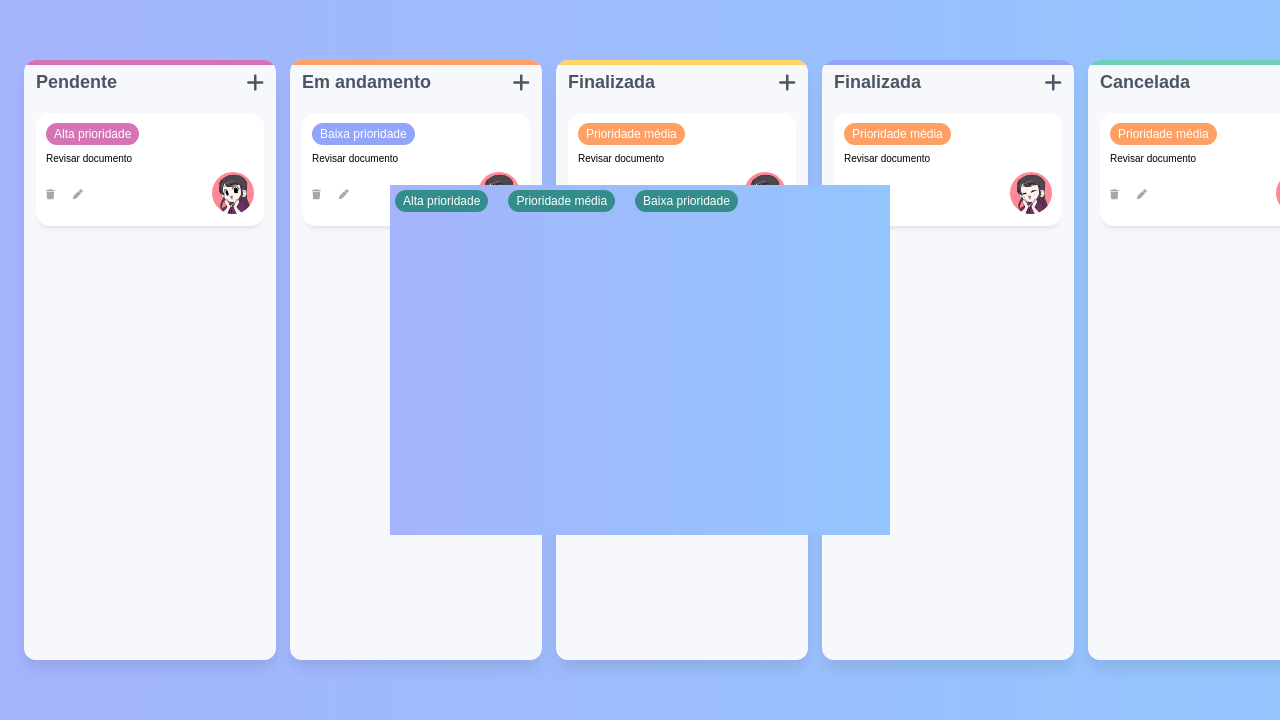
Repository: Marinalr-25/ProjetoToDoList
Page: index.html
These files come from the project's save history. The page is drawn as it stood at one moment and after the next save; the edit follows.
The browser window is 1280 px wide. The pictures show the whole page.
Some web fonts or font styles are not loaded; a fallback is used. Some web libraries are served in a nearby version.

Above is the page before, as saved 2024-10-31 17:06:44.

### index.html
<!DOCTYPE html>
<html lang="pt-BR">
  <head>
    <meta charset="UTF-8" />
    <meta name="viewport" content="width=device-width, initial-scale=1.0" />
    <link rel="preconnect" href="https://fonts.googleapis.com" />
    <link rel="preconnect" href="https://fonts.gstatic.com" crossorigin />
    <link
      href="https://fonts.googleapis.com/css2?family=Playpen+Sans:wght@100..800&family=Roboto:ital,wght@0,100;0,300;0,400;0,500;0,700;0,900;1,100;1,300;1,400;1,500;1,700;1,900&display=swap"
      rel="stylesheet"
    />
    <link
      rel="stylesheet"
      href="https://cdnjs.cloudflare.com/ajax/libs/font-awesome/6.6.0/css/all.min.css"
      integrity="sha512-Kc323vGBEqzTmouAECnVceyQqyqdsSiqLQISBL29aUW4U/M7pSPA/gEUZQqv1cwx4OnYxTxve5UMg5GT6L4JJg=="
      crossorigin="anonymous"
      referrerpolicy="no-referrer"
    />
    <link rel="stylesheet" href="css/style.css" />
    <title>Suas tarefas</title>
  </head>
  <body>
    <main class="kanban">
      <!-- coluna 1 -->
      <div class="kanban-column" data-id="1">
        <div class="kanban-title">
          <h2>Pendente</h2>
          <button class="add-card"><i class="fa-solid fa-plus"></i></button>
        </div>
        <div class="kanban-cards">
          <div class="kanban-card" draggable="true">
            <div class="badge high">
              <span>Alta prioridade</span>
            </div>
            <p class="card-title">Revisar documento</p>
            <div class="card-infos">
              <div class="card-icons">
                <p>
                  <i class="fa-solid fa-trash"></i>
                </p>
                <p>
                  <i class="fa-solid fa-pen"></i>
                </p>
              </div>
              <div class="user">
                <img src="images/iconePerfil1.png" alt="avatar1" />
              </div>
            </div>
          </div>
        </div>
      </div>
      <!-- coluna 2 -->
      <div class="kanban-column" data-id="2">
        <div class="kanban-title">
          <h2>Em andamento</h2>
          <button class="add-card"><i class="fa-solid fa-plus"></i></button>
        </div>
        <div class="kanban-cards">
          <div class="kanban-card" draggable="true">
            <div class="badge low">
              <span>Baixa prioridade</span>
            </div>
            <p class="card-title">Revisar documento</p>
            <div class="card-infos">
              <div class="card-icons">
                <p>
                  <i class="fa-solid fa-trash"></i>
                </p>
                <p>
                  <i class="fa-solid fa-pen"></i>
                </p>
              </div>
              <div class="user">
                <img src="images/iconePerfil2.png" alt="avatar2" />
              </div>
            </div>
          </div>
        </div>
      </div>
      <!-- coluna 3 -->
      <div class="kanban-column" data-id="3">
        <div class="kanban-title">
          <h2>Finalizada</h2>
          <button class="add-card"><i class="fa-solid fa-plus"></i></button>
        </div>
        <div class="kanban-cards">
          <div class="kanban-card" draggable="true">
            <div class="badge medium">
              <span>Prioridade média</span>
            </div>
            <p class="card-title">Revisar documento</p>
            <div class="card-infos">
              <div class="card-icons">
                <p>
                  <i class="fa-solid fa-trash"></i>
                </p>
                <p>
                  <i class="fa-solid fa-pen"></i>
                </p>
              </div>
              <div class="user">
                <img src="images/iconePerfil2.png" alt="avatar2" />
              </div>
            </div>
          </div>
        </div>
      </div>
      <!-- coluna 4 -->
      <div class="kanban-column" data-id="4">
        <div class="kanban-title">
          <h2>Finalizada</h2>
          <button class="add-card"><i class="fa-solid fa-plus"></i></button>
        </div>
        <div class="kanban-cards">
          <div class="kanban-card" draggable="true">
            <div class="badge medium">
              <span>Prioridade média</span>
            </div>
            <p class="card-title">Revisar documento</p>
            <div class="card-infos">
              <div class="card-icons">
                <p>
                  <i class="fa-solid fa-trash"></i>
                </p>
                <p>
                  <i class="fa-solid fa-pen"></i>
                </p>
              </div>
              <div class="user">
                <img src="images/iconePerfil2.png" alt="avatar2" />
              </div>
            </div>
          </div>
        </div>
      </div>
      <!-- coluna 5 -->
      <div class="kanban-column" data-id="5">
        <div class="kanban-title">
          <h2>Cancelada</h2>
          <button class="add-card"><i class="fa-solid fa-plus"></i></button>
        </div>
        <div class="kanban-cards">
          <div class="kanban-card" draggable="true">
            <div class="badge medium">
              <span>Prioridade média</span>
            </div>
            <p class="card-title">Revisar documento</p>
            <div class="card-infos">
              <div class="card-icons">
                <p>
                  <i class="fa-solid fa-trash"></i>
                </p>
                <p>
                  <i class="fa-solid fa-pen"></i>
                </p>
              </div>
              <div class="user">
                <img src="images/iconePerfil2.png" alt="avatar2" />
              </div>
            </div>
          </div>
        </div>
      </div>

      <div class="adicionando">
        <div class="custom_radio">
          <input
            type="radio"
            name="prioridade"
            id="alta_prioridade"
            placeholder="Alta prioridade"
          />
          <label for="alta_prioridade">Alta prioridade</label>
        </div>
        <div class="custom_radio">
          <input
            type="radio"
            name="prioridade"
            id="media_prioridade"
            placeholder="Alta prioridade"
          />
          <label for="media_prioridade">Prioridade média </label>
        </div>
        <div class="custom_radio">
          <input
            type="radio"
            name="prioridade"
            id="baixa_prioridade"
            placeholder="Alta prioridade"
          />
          <label for="baixa_prioridade">Baixa prioridade</label>
        </div>
      </div>
    </main>
    <script src="javascript/script.js"></script>
  </body>
</html>

### css/style.css
* {
  padding: 0;
  margin: 0;
  box-sizing: border-box;
}

*::-webkit-scrollbar {
  width: 0.8rem;
}

*::-webkit-scrollbar-track {
  background-color: #eaeffa;
  border-radius: 0.8rem;
}
*::-webkit-scrollbar-thumb {
  background-color: #b7d3fb;
  border-radius: 2rem;
}

html {
  font-size: 62.5%;
}

body {
  font-family: 'Playpen Sans', sans-serif;
  min-height: 100vh;
  display: flex;
  justify-content: center;
  align-items: center;
  background: linear-gradient(90deg, #a5b4fc, #93c5fd);
}

.kanban {
  display: flex;
  gap: 1.4rem;
  padding: 2.4rem;
  width: 100%;
  height: 90vh;
  overflow-x: auto;
}

.kanban-column {
  display: flex;
  flex-direction: column;
  gap: 1.8rem;
  height: 100%;
  overflow-y: auto;
  background-color: #f6f8fc;
  border-radius: 1.2rem;
  box-shadow: 0 1rem 1.5rem -0.3rem rgba(0, 0, 0, 0.1);
  padding: 1.2rem;
  overflow: hidden;
  min-width: 25.2rem;
  position: relative;

  &::after {
    position: absolute;
    content: '';
    top: 0;
    left: 0;
    height: 0.5rem;
    width: 100%;
  }
  &[data-id='1']::after {
    background-color: #d573b6;
  }
  &[data-id='2']::after {
    background-color: #fea065;
  }
  &[data-id='3']::after {
    background-color: #fed565;
  }
  &[data-id='4']::after {
    background-color: #92a5fb;
  }
  &[data-id='5']::after {
    background-color: #6ed0bc;
  }
}

.kanban-title {
  display: flex;
  justify-content: space-between;

  & h2 {
    font-size: 1.8rem;
    color: #4b5563;
    font-weight: 600;
  }
}

.add-card {
  color: #4b5563;
  font-size: 2rem;
  background-color: transparent;
  cursor: pointer;
  border: none;
}

.kanban-cards {
  display: flex;
  flex-direction: column;
  gap: 0.8rem;
  height: 100%;
  overflow-x: hidden;
  overflow-y: auto;
}

.kanban-card {
  display: flex;
  flex-direction: column;
  gap: 0.8rem;
  background-color: #ffffff;
  padding: 1rem;
  border-radius: 1.4rem;
  box-shadow: 0 0.5rem 0.5rem -0.3rem rgba(0, 0, 0, 0.1);
  cursor: pointer;
}

.badge {
  color: #ffffff;
  width: fit-content;
  font-size: 1.2rem;
  padding: 0.4rem 0.8rem;
  border-radius: 1.2rem;

  &.high {
    background-color: #d573b6;
  }
  &.medium {
    background-color: #fea065;
  }
  &.low {
    background-color: #92a5fb;
  }
}

.dragging {
  opacity: 0.5;
}

.card-infos {
  display: flex;
  justify-content: space-between;
  align-items: center;
}
.card-icons {
  display: flex;
  gap: 1.8rem;
  & i {
    color: #a8a8aa;
  }
}

.cards-hover {
  background-color: #eaeffa;
  border-radius: 0.8rem;
}

.user img {
  width: 4.2rem;
  height: 4.2rem;
  border-radius: 100%;
  object-fit: cover;
}

.adicionando {
  display: flex;
  gap: 1rem;
  position: fixed;
  top: 50%;
  left: 50%;
  transform: translate(-50%, -50%);
  width: 50rem;
  height: 35rem;
  background: linear-gradient(90deg, #a5b4fc, #93c5fd);
}

.custom_radio input[type='radio'] {
  display: none;
}

.custom_radio label {
  display: inline-block;
  margin: 0.5rem;
  cursor: pointer;
  transition: transform 0.2s ease;
  background-color: #338e8b;
  color: #ffffff;
  width: fit-content;
  font-size: 1.2rem;
  padding: 0.4rem 0.8rem;
  border-radius: 1.2rem;
}

#alta_prioridade:checked + label {
  background-color: #d573b6; /* Vermelho para alta prioridade */
}

#media_prioridade:checked + label {
  background-color: #fea065; /* Amarelo para média prioridade */
}

#baixa_prioridade:checked + label {
  background-color: #92a5fb; /* Verde para baixa prioridade */
}

.custom-radio input[type='radio']:checked + label {
  transform: scale(1.1);
  box-shadow: 0 0 5px rgba(0, 0, 0, 0.2);
}

### javascript/script.js
document.addEventListener('DOMContentLoaded', function () {
  const cards = document.querySelectorAll('.kanban-card');
  const colunas = document.querySelectorAll('.kanban-cards');
  const mais = document.querySelectorAll('.fa-solid.fa-plus');
  console.log(mais);
  let dragCard = null;

  cards.forEach((card) => {
    card.addEventListener('dragstart', (e) => {
      dragCard = card;
      e.currentTarget.classList.add('dragging');
    });
    card.addEventListener('dragend', (e) => {
      e.currentTarget.classList.remove('dragging');
      dragCard = null;
    });
  });

  colunas.forEach((coluna) => {
    coluna.addEventListener('dragover', (e) => {
      e.preventDefault();
      e.currentTarget.classList.add('cards-hover');
    });
    coluna.addEventListener('dragleave', (e) => {
      e.currentTarget.classList.remove('cards-hover');
    });
    coluna.addEventListener('drop', (e) => {
      e.preventDefault();
      e.currentTarget.classList.remove('cards-hover');
      if (dragCard) {
        e.currentTarget.appendChild(dragCard);
      }
    });
  });

  mais.forEach((adicionar) => {
    adicionar.addEventListener;
  });

  const radios = document.querySelectorAll('input[name="prioridade"]');

  radios.forEach((radio) => {
    radio.addEventListener('change', () => {
      if (radio.checked) {
        // Exibe a opção selecionada no console
        console.log(
          `Opção selecionada: ${radio.nextElementSibling.textContent}`
        );
      }
    });
  });
});

After the next save:
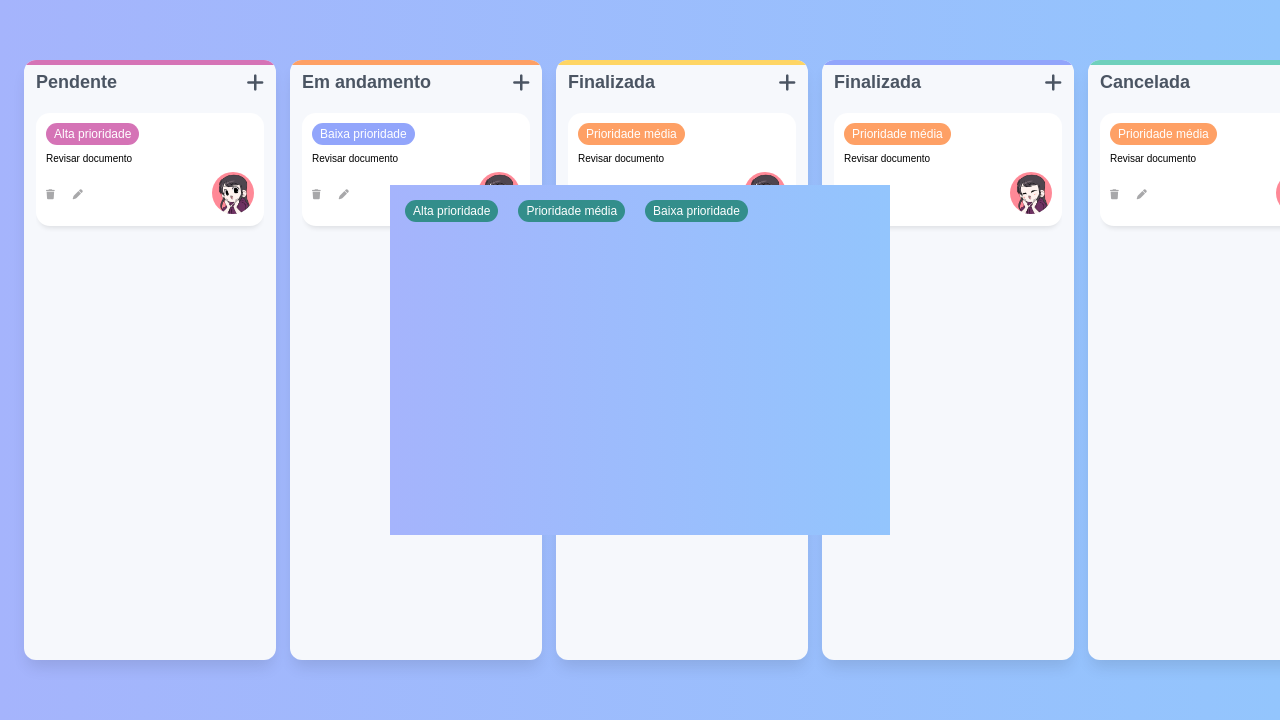
Saved 24 min 34 s later.
--- a/css/style.css
+++ b/css/style.css
@@ -166,6 +166,7 @@ body {
 
 .adicionando {
   display: flex;
+  padding: 1rem;
   gap: 1rem;
   position: fixed;
   top: 50%;
